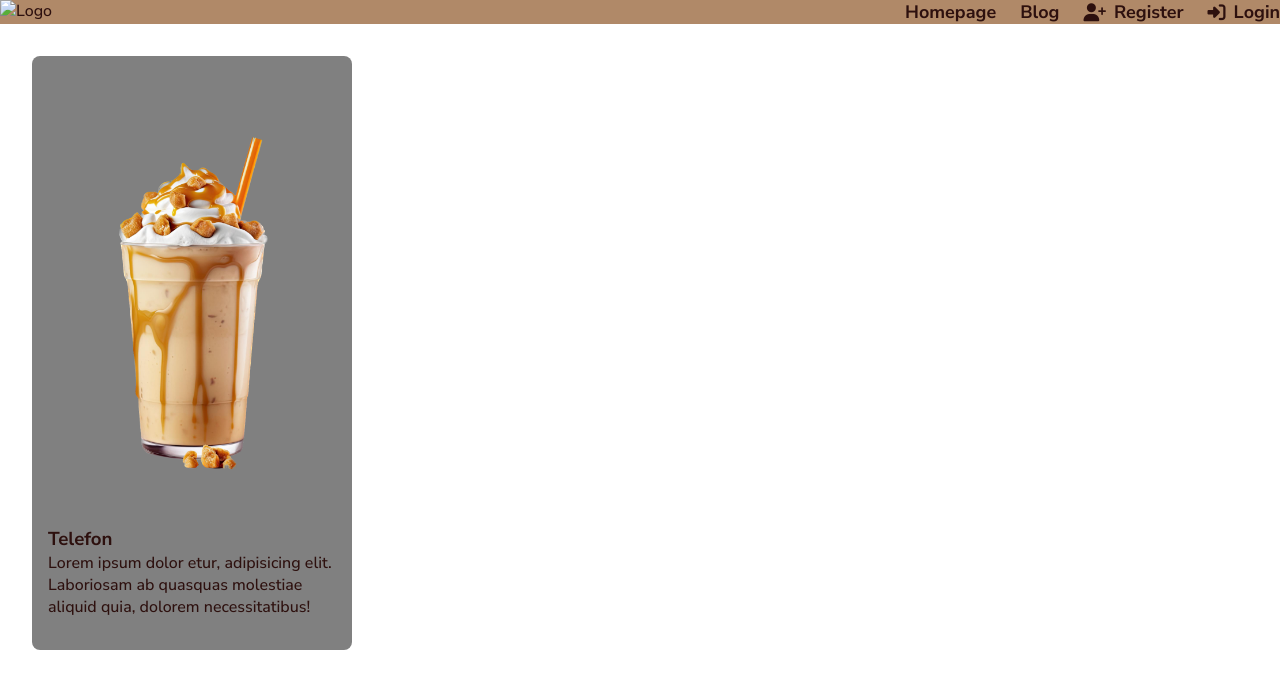
Repository: liviamucioniu/Coffee-Shop-Website
Page: index.html
These files come from the project's save history. The page is drawn as it stood at one moment and after the next save; the edit follows.
The browser window is 1280 px wide. The pictures show the whole page.

Above is the page before, as saved 2023-10-20 17:22:06.

### index.html
<!DOCTYPE html>
<html lang="en">
    <head>
        <meta charset="UTF-8" />
        <meta name="viewport" content="width=device-width, initial-scale=1.0" />
        <title>Magazin online</title>
        <link rel="stylesheet" href="styles.css" />
        <script defer src="script.js"></script>
        <link rel="preconnect" href="https://fonts.googleapis.com" />
        <link rel="preconnect" href="https://fonts.gstatic.com" crossorigin />
        <link
            href="https://fonts.googleapis.com/css2?family=Montserrat:ital,wght@0,200;0,400;0,500;1,100;1,200;1,300;1,400;1,500&family=Nunito+Sans:ital,opsz,wght@0,6..12,200;0,6..12,300;0,6..12,500;0,6..12,600;0,6..12,700;0,6..12,900;0,6..12,1000;1,6..12,200;1,6..12,300;1,6..12,400;1,6..12,500;1,6..12,600;1,6..12,900;1,6..12,1000&family=Open+Sans:ital,wght@1,300&family=Poppins:ital,wght@0,400;1,300;1,500&display=swap"
            rel="stylesheet"
        />
        <link
            rel="stylesheet"
            href="https://cdnjs.cloudflare.com/ajax/libs/font-awesome/6.4.2/css/all.min.css"
            integrity="sha512-z3gLpd7yknf1YoNbCzqRKc4qyor8gaKU1qmn+CShxbuBusANI9QpRohGBreCFkKxLhei6S9CQXFEbbKuqLg0DA=="
            crossorigin="anonymous"
            referrerpolicy="no-referrer"
        />
    </head>
    <body>
        <header id="header">
            <img class="logo" src="" alt="Logo" />
            <nav class="navigation">
                <a class="link" href="#">Homepage</a>
                <a class="link" href="#">Blog</a>
                <a class="link button" href="#">
                    <i class="fa-solid fa-user-plus"></i> Register</a
                >
                <a class="link button" href="#">
                    <i class="fa-solid fa-right-to-bracket"></i> Login</a
                >
            </nav>
        </header>
        <section id="product-list">
            <div class="product-card">
                <img
                    class="product-image"
                    src="./assets/images/frappe.png"
                    alt="Frappe"
                />
                <h3 class="product-name">Telefon</h3>
                <p class="product-description">
                    Lorem ipsum dolor etur, adipisicing elit. Laboriosam ab
                    quasquas molestiae aliquid quia, dolorem necessitatibus!
                </p>
            </div>
        </section>
    </body>
</html>

### styles.css
:root {
    --coffee-color-1: #ede0d4;
    --coffee-color-2: #e6ccb2;
    --coffee-color-3: #ddb892;
    --coffee-color-4: #b08968;
    --coffee-color-5: #7f5539;
    --coffee-color-6: #9c6644;
    --color-light: var(#fffefd);
    --color-dark: #2d100e;
}

html {
    font-size: 16px;
}

*,
*::before,
*::after {
    margin: 0;
    padding: 0;
}

body {
    color: var(--color-dark);
    font-family: "Nunito Sans", sans-serif;
}

@media screen and (max-width: 560px) {
    html {
        font-size: 12px;
    }
}

#header {
    padding: 2rem 1 rem;
    background-color: var(--coffee-color-4);
    display: flex;
    justify-content: space-between;
}

#header .navigation {
    display: flex;
    align-items: center;
    gap: 1.5rem;
}

#header .navigation .link {
    font-size: 1.125rem;
    text-decoration: none;
    color: var(--color-light);
    font-weight: 700;
}

#header .navigation .link.button {
    display: flex;
    align-items: center;
    gap: 0.5rem;
}

#header .navigation .link:hover {
    color: var(--color-dark);
}

#product-list {
    display: flex;
    gap: 1.5rem;
    padding: 2rem;
    flex-wrap: wrap;
}

.product-card {
    border-radius: 0.5rem;
    max-width: 18rem;
    background-color: gray;
    padding: 2rem 1rem;
}

.product-image {
    max-width: 100%;
}

### script.js
// const title = document.getElementById("title");
// console.log(title);
// title.classList.add("main");

After the next save:
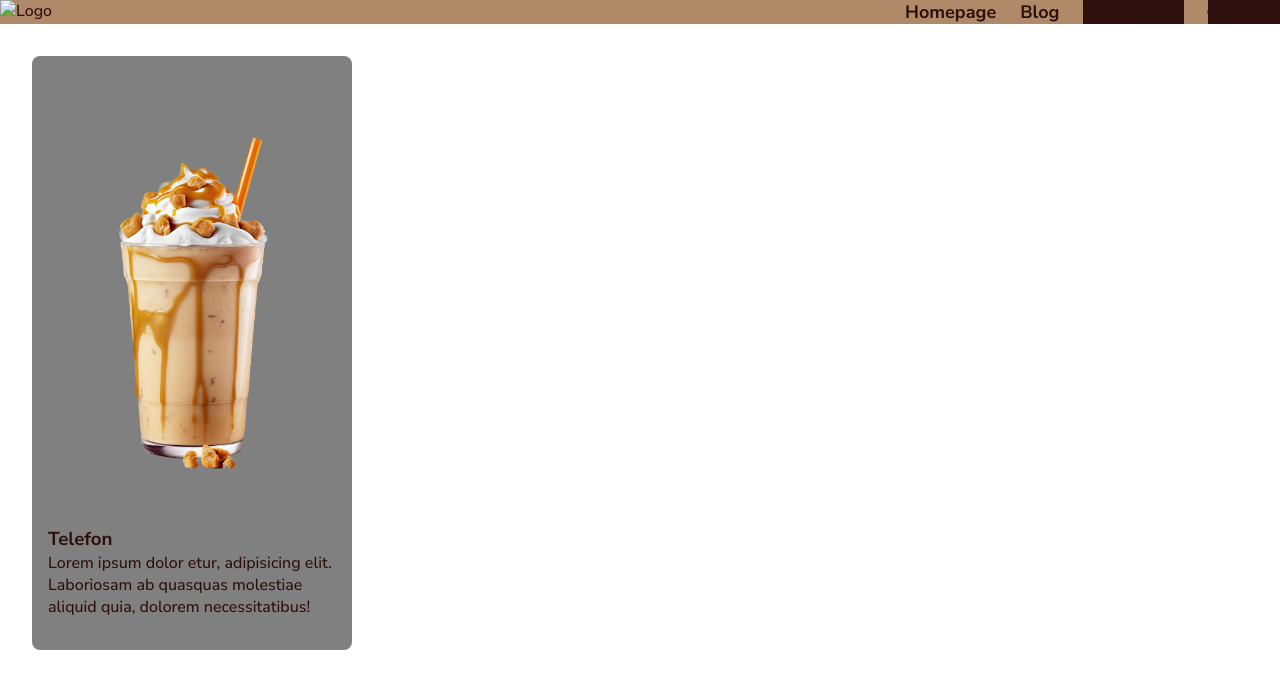
Saved 26 s later.
--- a/styles.css
+++ b/styles.css
@@ -55,6 +55,8 @@ body {
     display: flex;
     align-items: center;
     gap: 0.5rem;
+    padding: 0.5 1rem;
+    background-color: var(--color-dark);
 }
 
 #header .navigation .link:hover {
